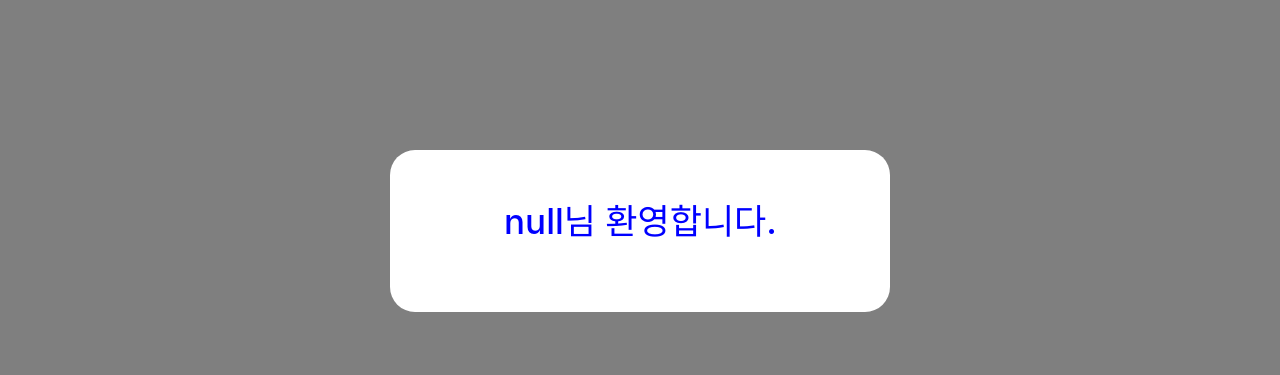
Repository: Jungsol/Servlet_JSP_study
Page: http://localhost/JSP/ex13Login/loginTrue.jsp
These files come from the project's save history. The page is drawn as it stood at one moment and after the next save; the edit follows.
The browser window is 1280 px wide. The pictures show the whole page.
Some web libraries are served in a nearby version. The page is served by Tomcat 9.

Above is the page before, as saved 2023-06-19 12:12:15.
Console error: TypeError: Cannot read properties of undefined (reading 'fn')

After the next save:
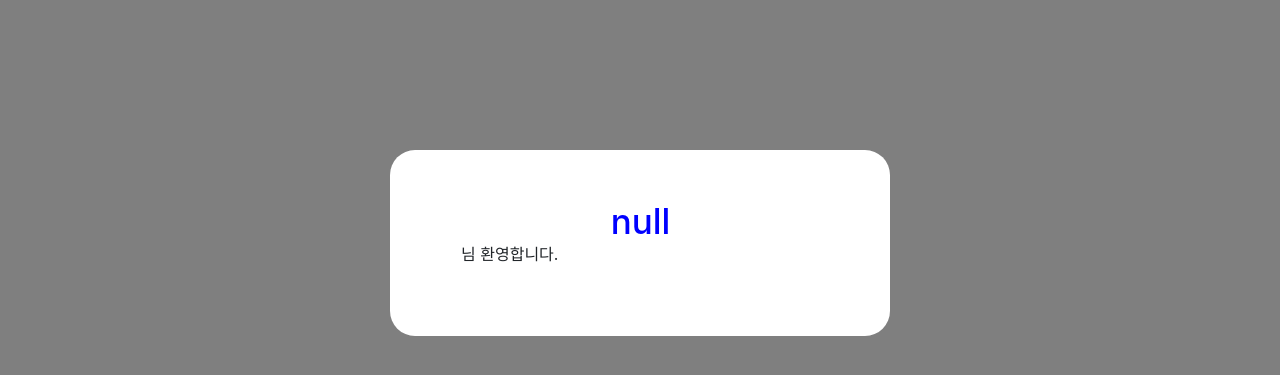
Saved 9 s later.
--- a/JSP/src/main/webapp/ex13Login/loginTrue.jsp
+++ b/JSP/src/main/webapp/ex13Login/loginTrue.jsp
@@ -16,7 +16,7 @@
 			<div class="panel">
 				<!-- id를 웹페이지에 출력하시오. -->
 				<%-- <h1><%=request.getParameter("nick") %>를 환영합니다.</h1> --%>
-				<h1><h1 style="color: blue"><%=session.getAttribute("user_nick") %>님 환영합니다.</h1></h1>
+				<h1><h1 style="color: blue"><%=session.getAttribute("user_nick") %></h1>님 환영합니다.</h1>
 
 
 			</div>
